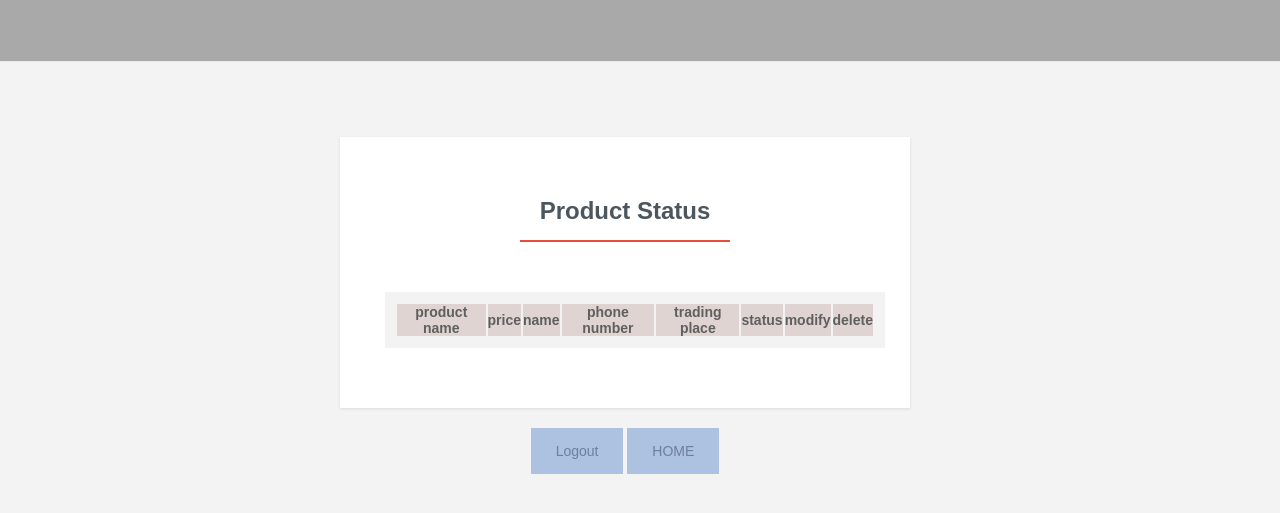
Repository: 0suh/SKKU_Web_project
Page: http://localhost/2018312257_YoungSuhChin_project/productstatus.jsp
An editor plug-in stored every save of this project. The page is shown before and after the next save, followed by the edit.
The browser window is 1280 px wide. The pictures show the whole page.
The page is served by Tomcat 9. Queries for data that is not in the repository find no rows.

Above is the page before, as saved 2020-12-20 14:54:04.

### FinalProject/2018312257_YoungSuhChin_project/WebContent/productstatus.jsp
<%@ page language="java" contentType="text/html; charset=utf-8"
    pageEncoding="utf-8"%>
<%@ page import="java.util.*" %>

<!DOCTYPE html>
<%@ page import = "java.sql.*" %>
<html>
<head>
<meta charset="utf-8">
<title>product status</title>
<link rel="stylesheet" href="css/main.css"> <!-- link with css file -->
<link rel="stylesheet" href="css/login-register.css"> <!-- link with css file -->
</head>
<body>
<ul>
<li></li>
</ul>

<div class="main-content">
<%
response.setContentType("text/html;charset=utf-8");
request.setCharacterEncoding("utf-8"); //set charset, encoding
Class.forName("com.mysql.cj.jdbc.Driver"); //load driver
Connection con=null; //declare connection
Statement stmt=null; //declare statement
ResultSet rs=null; //declare result

try
{
	con=DriverManager.getConnection("jdbc:mysql://localhost:3306/dbuser","root","root"); //create connection
	stmt=con.createStatement();

	String query="select productname,price,name,phonenumber,tradingplace,status from product"; //sql select query
	rs=stmt.executeQuery(query); //execute query and store in resultset object rs.
%>
   <form class="form-register" action="memberdelete.jsp" method="post" > <!-- goto memberdelete.jsp -->

   <div class="form-register-with-ID">
   <div class="form-white-background">
     <div class="form-title-row">
    <h1>Product Status</h1>
    </div>

   <table style="color:#5f5f5f;background-color: #f3f3f3;text-align: center;padding:10px;width:500px;margin:0px auto">

   <tr style="background-color:#e0d4d3">
   <td>product name</td> <!-- table for product name -->
   <td>price</td> <!-- table for price -->
   <td>name</td> <!-- table for name -->
   <td>phone number</td> <!-- table for phone number -->
   <td>trading place</td> <!-- table for trading place -->
   <td>status</td> <!-- table for status -->
   <td>modify</td> <!-- table for modify -->
   <td>delete</td> <!-- table for delete -->
   </tr>
   <%
   while(rs.next()){ //get object's field value
	   %>
	   <tr>

	   <td><%=rs.getString("productname") %></td> <!-- get product name -->
	   <td><%=rs.getString("price") %></td> <!-- get price -->
	   <td><%=rs.getString("name") %></td> <!-- get name -->
	   <td><%=rs.getString("phonenumber") %></td> <!-- get phone number -->
	   <td><%=rs.getString("tradingplace") %></td> <!-- get trading place -->
	   <td><%=rs.getString("status") %></td> <!-- get status -->
	   <td><a href="modifyproduct.jsp?mod=<%=rs.getString("productname") %>" style="text-decoration: none; color:#6caee0">modify</a></td><!-- modify member -->
	   <td><a href="deleteproduct.jsp?del=<%=rs.getString("productname") %>" style="text-decoration: none; color:#6caee0">delete</a></td><!-- delete member -->
     </tr>
     <%
     } //end of the while
   %>
     </table>
     </div>
     <a href="logout.jsp" class="form-log-in-with-existing">Logout</a> <!-- log out -->

   <a href="welcomeseller.jsp" class="form-log-in-with-existing">HOME</a> <!-- return to home page -seller -->
    </div>
   </form>
   <%
   rs.close(); // ResultSet exit
   stmt.close(); // Statement exit
   con.close();  // Connection exit
}
   catch(SQLException e){
   out.println("err:"+e.toString());
   }
   %>
   </div>

</body>
</html>

### FinalProject/2018312257_YoungSuhChin_project/WebContent/css/main.css
@import url('http://fonts.googleapis.com/css?family=Open+Sans:400,700');

*{ /*entire setting*/
    margin: 0;
    padding: 0;
    box-sizing: border-box;
}

html{
	background-color: #efefef;
}

body{
	font:14px/1.5 Arial, Helvetica, sans-serif;
	margin:0;
}


ul {/*ul design (menu bar)*/
    list-style: none;
    border-bottom: 1px solid #EAEAEA;
    background-color: #A9A9A9;
    padding: 20px;
    margin-top: 0;
    text-align: center;
    margin-bottom: 75px;
}

ul a{/*ul menu bar link design*/
    text-decoration: none;
    color: #FFF;
    text-align: left;
    background-color: #bfcbde;
    padding: 10px 16px;
    border-radius: 2px;
    opacity: 0.8;
    font-size: 16px;
    display: inline-block;
    margin: 4px;
    line-height: 1;
    outline: none;

    transition: 0.2s ease;
}

ul li a.active{ /*menu hyperlink effect*/
    background-color:#bfcbde;
    pointer-events: none;
}

ul li a:hover { /*when mouse is on hyperlink*/
    opacity: 1;
}


ul li{ /*list design*/
    display: inline-block;

}


.main-content{/*main-content div design*/
    margin-bottom: 75px;
}

### FinalProject/2018312257_YoungSuhChin_project/WebContent/css/login-register.css
html{/*entire html color*/
    background-color: #f3f3f3;
}

.form-register{ /*div form-register design*/
    max-width: 1000px;
    width: 100%;
    margin: 0 auto;
    font: bold 14px sans-serif;
    text-align: center;
}

.form-register-with-ID{/*div form register ID*/
    position: relative;
    display: inline-block;
    vertical-align: top;
    margin-right: 30px;
    text-align: center;
}

.form-register-with-ID .form-white-background{/*div form white background design*/
    width: 570px;
    box-sizing: border-box;
    background-color: #ffffff;
    box-shadow: 0 1px 3px 0 rgba(0, 0, 0, 0.1);
    padding: 60px 45px;
    margin-bottom: 35px;
}

.form-register-with-ID .form-row{ /*form low design*/
    text-align: left;
    margin-bottom: 23px;
}

.form-register-with-ID .form-title-row{ /*form title row design*/
    text-align: center;
    margin-bottom: 50px;
}

.form-register-with-ID h1{ /*h1 text design in form register with ID div*/
    display: inline-block;
    box-sizing: border-box;
    color:  #4c565e;
    font-size: 24px;
    padding: 0 20px 15px;
    border-bottom: 2px solid #e74c3c;
    margin: 0;
}

.form-register-with-ID .form-row > label span{ /*label span design*/
    display: inline-block;
    box-sizing: border-box;
    color:  #5f5f5f;
    width: 125px;
    text-align: right;
    padding-right: 25px;
}
.classification-checkbox{ /*input type:check box design*/
	display: inline-block;
	box-sizing:border-box;
	width: 125px;
	text-align:center;
	color:  #5f5f5f;
}
#classification{/*id=classification design*/
	margin-right: 10px;

}
.form-register-with-ID input{/*register input blank design*/
    color:  #5f5f5f;
    box-sizing: border-box;
    width: 230px;
    box-shadow: 1px 2px 4px 0 rgba(0, 0, 0, 0.08);
    padding: 12px 18px;
    border: 1px solid #dbdbdb;
}
.form-register-with-ID button{/*register ID button*/
    display: block;
    border-radius: 2px;
    background-color:  #6caee0;
    color: #ffffff;
    font-weight: bold;
    box-shadow: 1px 2px 4px 0 rgba(0, 0, 0, 0.08);
    padding: 15px 35px;
    border: 0;
    margin: 55px auto 0;
    cursor: pointer;
}

.form-register-with-ID .form-log-in-with-existing{/*form log in with existing-div design*/
    text-decoration: none;
    padding: 15px 25px;
    font-weight: normal;
    color: #6d7f9c;
    background-color: #adc1e0;
}

After the next save:
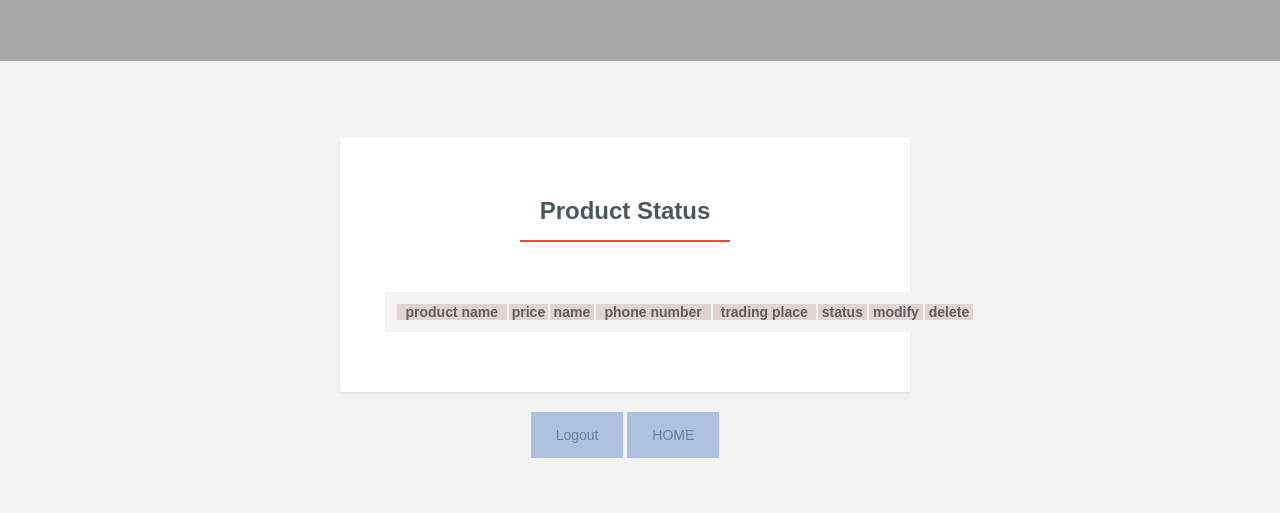
Saved 10 s later.
--- a/FinalProject/2018312257_YoungSuhChin_project/WebContent/productstatus.jsp
+++ b/FinalProject/2018312257_YoungSuhChin_project/WebContent/productstatus.jsp
@@ -41,7 +41,7 @@ try
     <h1>Product Status</h1>
     </div>
 
-   <table style="color:#5f5f5f;background-color: #f3f3f3;text-align: center;padding:10px;width:500px;margin:0px auto">
+   <table style="color:#5f5f5f;background-color: #f3f3f3;text-align: center;padding:10px;width:600px;margin:0px auto">
 
    <tr style="background-color:#e0d4d3">
    <td>product name</td> <!-- table for product name -->
